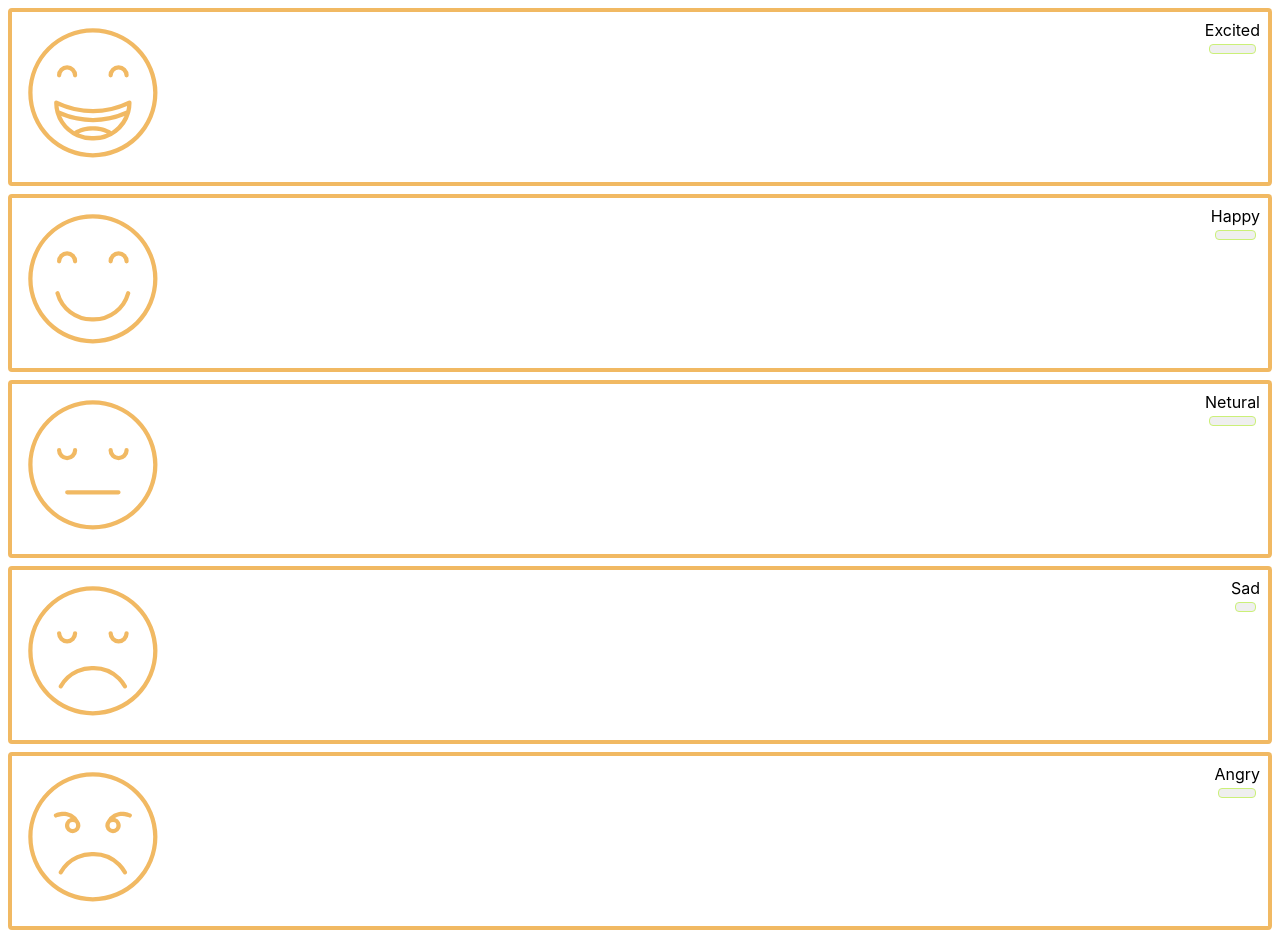
Repository: majakesin/moodify-app
Page: /
The author's editor kept a copy of each file at every save. The page is drawn from the files as they stood at one save, then again after the next save.
The browser window is 1280 px wide. The pictures show the whole page.
The project was rebuilt for these pictures with package versions that can differ from the ones it lists, and the page was loaded fresh each time.

Above is the page before, as saved 2023-08-21 12:17:20.

### public/index.html
<!DOCTYPE html>
<html lang="en">
  <head>
    <meta charset="utf-8" />
    <link rel="icon" href="%PUBLIC_URL%/logo.svg" />
    <meta name="viewport" content="width=device-width, initial-scale=1" />
    <meta name="theme-color" content="#000000" />
    <meta
      name="description"
      content="Moodify -- App that gives yours ears the best music based on your mood"
    />
    <link rel="apple-touch-icon" href="%PUBLIC_URL%/logo.svg" />
    <!--
      manifest.json provides metadata used when your web app is installed on a
      user's mobile device or desktop. See https://developers.google.com/web/fundamentals/web-app-manifest/
    -->
    <link rel="manifest" href="%PUBLIC_URL%/manifest.json" />
    <!--
      Notice the use of %PUBLIC_URL% in the tags above.
      It will be replaced with the URL of the `public` folder during the build.
      Only files inside the `public` folder can be referenced from the HTML.

      Unlike "/favicon.ico" or "favicon.ico", "%PUBLIC_URL%/favicon.ico" will
      work correctly both with client-side routing and a non-root public URL.
      Learn how to configure a non-root public URL by running `npm run build`.
    -->
    <title>Moodify</title>
  </head>
  <body>
    <noscript>You need to enable JavaScript to run this app.</noscript>
    <div id="root"></div>
    <!--
      This HTML file is a template.
      If you open it directly in the browser, you will see an empty page.

      You can add webfonts, meta tags, or analytics to this file.
      The build step will place the bundled scripts into the <body> tag.

      To begin the development, run `npm start` or `yarn start`.
      To create a production bundle, use `npm run build` or `yarn build`.
    -->
  </body>
</html>

### src/App.js
import './App.css';
import {moods}  from 'src/data/moods'
import Mood from './components/Mood';

function App() {
  return (
    <div className="App">
      {moods.map(({type,icon}) => {
        return (<Mood type={type} icon={icon} />)
      })}
    </div>
  );
}

export default App;

### src/App.css

button {
  border: 1px solid var(--first-color);
  border-radius: 4px;
  padding: 4px;
  margin: 4px;
}

### src/data/moods.js
export const moods = [
    {
        type: 'Excited',
        icon: <svg id="SvgjsSvg1081" xmlns="http://www.w3.org/2000/svg" version="1.1" xmlnsXlink="http://www.w3.org/1999/xlink" xmlnsSvgjs="http://svgjs.com/svgjs">
                <defs id="SvgjsDefs1082"></defs>
                <g id="SvgjsG1083">
                    <svg xmlns="http://www.w3.org/2000/svg" data-name="Layer 1" viewBox="0 0 1012 1012" width="288" height="288">
                        <path fill="currentcolor" d="M416.51318,95.48682A226.99992,226.99992,0,1,0,95.48682,416.51318,226.99992,226.99992,0,1,0,416.51318,95.48682ZM256,468C139.103,468,44,372.897,44,256S139.103,44,256,44s212,95.103,212,212S372.897,468,256,468ZM137.5,202a7.50006,7.50006,0,0,0,7.5-7.5,20.5,20.5,0,0,1,41,0,7.5,7.5,0,0,0,15,0,35.5,35.5,0,0,0-71,0A7.50006,7.50006,0,0,0,137.5,202Zm181,0a7.50006,7.50006,0,0,0,7.5-7.5,20.5,20.5,0,0,1,41,0,7.5,7.5,0,0,0,15,0,35.5,35.5,0,0,0-71,0A7.50006,7.50006,0,0,0,318.5,202Zm69.95947,82.13037a7.49875,7.49875,0,0,0-7.27832-.356A284.51645,284.51645,0,0,1,257.5,313h-1.48a284.55042,284.55042,0,0,1-125.2002-29.2251A7.4999,7.4999,0,0,0,120,290.5a132.31839,132.31839,0,0,0,79.15625,121.32324A131.47888,131.47888,0,0,0,252.5,423h7a132.5854,132.5854,0,0,0,127.794-97.37988A133.06894,133.06894,0,0,0,392,290.5,7.5003,7.5003,0,0,0,388.45947,284.13037ZM259.5,408h-7a116.58888,116.58888,0,0,1-46.02222-9.36157C219.72205,391.8783,237.33752,388,256.002,388c18.66236,0,36.27466,3.87708,49.51734,10.63538A116.56076,116.56076,0,0,1,259.5,408Zm83.08691-34.41309a117.56809,117.56809,0,0,1-21.38024,16.93219C305.07166,379.48517,281.17847,373,256.002,373c-25.18383,0-49.0852,6.48932-65.22168,17.52966a116.81051,116.81051,0,0,1-46.07495-53.13611,299.90773,299.90773,0,0,0,111.31323,21.61036c.5044,0,1.01612-.00147,1.52051-.00391A300.023,300.023,0,0,0,367.2478,337.40454,117.86031,117.86031,0,0,1,342.58691,373.58691ZM373.6593,318.347A284.8703,284.8703,0,0,1,257.46094,344c-.49219.00293-.97412.00391-1.46387.00391a284.90227,284.90227,0,0,1-117.65942-25.65967,117.74477,117.74477,0,0,1-2.72388-15.77832A299.64178,299.64178,0,0,0,256.02,328h1.519a299.80874,299.80874,0,0,0,118.84668-25.43555A117.6884,117.6884,0,0,1,373.6593,318.347Z" class="color2c2b2d svgShape"></path>
                    </svg>
                </g>
             </svg>
    },
    {
        type: 'Happy',
        icon: <svg id="SvgjsSvg1102" xmlns="http://www.w3.org/2000/svg" version="1.1" xmlnsXlink="http://www.w3.org/1999/xlink" xmlnsSvgjs="http://svgjs.com/svgjs">
                <defs id="SvgjsDefs1103"></defs>
                <g id="SvgjsG1104">
                    <svg xmlns="http://www.w3.org/2000/svg" data-name="Layer 1" viewBox="0 0 1012 1012" width="288" height="288">
                        <path fill="currentcolor" d="M382.042,299.40674a7.496,7.496,0,0,0-9.21582,5.251A117.42927,117.42927,0,0,1,259.5,391h-7a117.41578,117.41578,0,0,1-113.32715-86.33447,7.49971,7.49971,0,1,0-14.46484,3.96875A132.417,132.417,0,0,0,252.5,406h7a132.58733,132.58733,0,0,0,127.793-97.37744A7.4999,7.4999,0,0,0,382.042,299.40674ZM416.51367,95.48682A227.00026,227.00026,0,0,0,95.48633,416.51318,227.00026,227.00026,0,0,0,416.51367,95.48682ZM256,468C139.10254,468,44,372.897,44,256S139.10254,44,256,44s212,95.103,212,212S372.89746,468,256,468ZM137.5,202a7.49974,7.49974,0,0,0,7.5-7.5,20.5,20.5,0,0,1,41,0,7.5,7.5,0,0,0,15,0,35.5,35.5,0,0,0-71,0A7.49974,7.49974,0,0,0,137.5,202Zm181,0a7.49974,7.49974,0,0,0,7.5-7.5,20.5,20.5,0,0,1,41,0,7.5,7.5,0,0,0,15,0,35.5,35.5,0,0,0-71,0A7.49974,7.49974,0,0,0,318.5,202Z" class="color2c2b2d svgShape"></path>
                    </svg>
                </g>
            </svg> ,
    },
    {
        type: 'Netural',
        icon: <svg id="SvgjsSvg1123" xmlns="http://www.w3.org/2000/svg" version="1.1" xmlnsXlink="http://www.w3.org/1999/xlink" xmlnsSvgjs="http://svgjs.com/svgjs">
                <defs id="SvgjsDefs1124"></defs>
                <g id="SvgjsG1125">
                    <svg xmlns="http://www.w3.org/2000/svg" data-name="Layer 1" viewBox="0 0 1012 1012" width="288" height="288">
                        <path fill="currentcolor" d="M201,204.5a7.5,7.5,0,0,0-15,0,20.5,20.5,0,0,1-41,0,7.5,7.5,0,0,0-15,0,35.5,35.5,0,0,0,71,0ZM374.5,197a7.50006,7.50006,0,0,0-7.5,7.5,20.5,20.5,0,0,1-41,0,7.5,7.5,0,0,0-15,0,35.5,35.5,0,0,0,71,0A7.50006,7.50006,0,0,0,374.5,197ZM416.51318,95.48682A226.99992,226.99992,0,1,0,95.48682,416.51318,226.99992,226.99992,0,1,0,416.51318,95.48682ZM256,468C139.103,468,44,372.897,44,256S139.103,44,256,44s212,95.103,212,212S372.897,468,256,468Zm90-123H166a7.5,7.5,0,0,0,0,15H346a7.5,7.5,0,0,0,0-15Z" class="color2c2b2d svgShape"></path>
                    </svg>
                </g>
            </svg>,
    },
    {
        type: 'Sad',
        icon: <svg id="SvgjsSvg1193" xmlns="http://www.w3.org/2000/svg" version="1.1" xmlnsXlink="http://www.w3.org/1999/xlink" xmlnsSvgjs="http://svgjs.com/svgjs">
                <defs id="SvgjsDefs1194"></defs>
                <g id="SvgjsG1195">
                    <svg xmlns="http://www.w3.org/2000/svg" data-name="Layer 1" viewBox="0 0 1012 1012" width="288" height="288">
                         <path fill="currentcolor" d="M165.5,230A35.54028,35.54028,0,0,0,201,194.5a7.5,7.5,0,0,0-15,0,20.5,20.5,0,0,1-41,0,7.5,7.5,0,0,0-15,0A35.54028,35.54028,0,0,0,165.5,230Zm209-43a7.50006,7.50006,0,0,0-7.5,7.5,20.5,20.5,0,0,1-41,0,7.5,7.5,0,0,0-15,0,35.5,35.5,0,0,0,71,0A7.50006,7.50006,0,0,0,374.5,187ZM353.19336,347.94678A132.16887,132.16887,0,0,0,259.5,309.14014h-7a131.47793,131.47793,0,0,0-53.34082,11.17529,133.55143,133.55143,0,0,0-62.24854,56.51221,7.50013,7.50013,0,0,0,13.07911,7.34472,118.4576,118.4576,0,0,1,55.21435-50.1289A116.57358,116.57358,0,0,1,252.5,324.14014h7a117.16738,117.16738,0,0,1,83.08691,34.41308,117.92616,117.92616,0,0,1,19.42432,25.62061,7.5,7.5,0,0,0,13.07715-7.34766A132.92018,132.92018,0,0,0,353.19336,347.94678Zm63.31982-252.46A226.99992,226.99992,0,1,0,95.48682,416.51318,226.99992,226.99992,0,1,0,416.51318,95.48682ZM256,468C139.103,468,44,372.897,44,256S139.103,44,256,44s212,95.103,212,212S372.897,468,256,468Z" class="color2c2b2d svgShape"></path>
                    </svg>
                </g>
            </svg>,
    },
    {
        type: 'Angry',
        icon: <svg id="SvgjsSvg1217"  xmlns="http://www.w3.org/2000/svg" version="1.1" xmlnsXlink="http://www.w3.org/1999/xlink" xmlnSvgjs="http://svgjs.com/svgjs">
                <defs id="SvgjsDefs1218"></defs>
                     <g id="SvgjsG1219">
                        <svg xmlns="http://www.w3.org/2000/svg" data-name="Layer 1" viewBox="0 0 1012 1012" width="288" height="288">
                            <path fill="currentcolor" d="M353.19336,347.94629A132.1737,132.1737,0,0,0,259.5,309.13965h-7a131.5101,131.5101,0,0,0-53.3418,11.17578,133.55212,133.55212,0,0,0-62.24707,56.51172,7.49995,7.49995,0,0,0,13.07813,7.3457A118.46814,118.46814,0,0,1,205.20313,334.043,116.60013,116.60013,0,0,1,252.5,324.13965h7a117.16506,117.16506,0,0,1,83.08691,34.41406,117.92838,117.92838,0,0,1,19.42481,25.62012,7.49957,7.49957,0,1,0,13.07617-7.34766A132.91978,132.91978,0,0,0,353.19336,347.94629ZM416.51367,95.48682A227.00044,227.00044,0,0,0,95.48633,416.51367,227.00044,227.00044,0,0,0,416.51367,95.48682ZM256,468C139.10254,468,44,372.89746,44,256,44,139.103,139.10254,44,256,44s212,95.103,212,212C468,372.89746,372.89746,468,256,468ZM175.12207,188.29736c.96533.53955,1.88086,1.10938,2.769,1.69336a27.02454,27.02454,0,1,0,28.58863,9.52246,62.7776,62.7776,0,0,0-24.04029-24.31005c-27.82519-15.55176-56.1748-2.73292-59.31445-1.21973a7.49994,7.49994,0,1,0,6.50977,13.51367C132.05762,186.33057,153.91113,176.44189,175.12207,188.29736ZM185.12012,204a12,12,0,1,1-12,12A12.01344,12.01344,0,0,1,185.12012,204ZM388.875,173.9834c-3.1416-1.51367-31.49121-14.33447-59.31348,1.21924a62.778,62.778,0,0,0-24.04126,24.31054,26.989,26.989,0,1,0,28.58887-9.52234c.88843-.58435,1.804-1.15429,2.76978-1.694,21.21191-11.85743,43.06347-1.96631,45.48632-.79981A7.49994,7.49994,0,1,0,388.875,173.9834ZM338.87988,216a12,12,0,1,1-12-12A12.01343,12.01343,0,0,1,338.87988,216Z" class="color2c2b2d svgShape"></path>
                        </svg>
                    </g>
            </svg>
    }
]

### src/components/Mood/index.jsx
import styles from './index.module.css';

const Mood = (props) => {

    const { type, icon } = props;

    return (
        <div className={styles.card}>
            <div className={styles.icon}>
                {icon}
            </div>
            <div className={styles.content}>
               <span className={styles.title}> {type} </span>
             <button></button>
            </div>
        </div>
    )
};

export default Mood;

### src/components/Mood/index.module.css

@import '../../styles/variables.css';

.card {
    border: 4px solid var(--third-color);
    border-radius: 4px;
    margin: 8px;
    padding: 8px;
    display: flex;
    justify-content: space-between;
}

.icon {
    color: var(--third-color);
}

.content {
    display: flex;
    flex-direction: column;

}

### src/styles/variables.css
:root,
    :root.rainbow {
        --first-color: #cbf078;
        --second-color: #f8f398;
        --third-color: #f1b963;
        --fourth-color: #e46161;
    }
    :root.blue {
        --first-color: #5585b5;
        --second-color: #53a8b6;
        --third-color: #79c2d0;
        --fourth-color: #bbe4e9;
    }
    :root.pink {
        --first-color: #45171d;
        --second-color: #e84a5f;
        --third-color: #ff847c;
        --fourth-color: #fecea8;

    }

Loaded but not shown: src/index.js (common file); src/index.css (common file); src/reportWebVitals.js (common file)

After the next save:
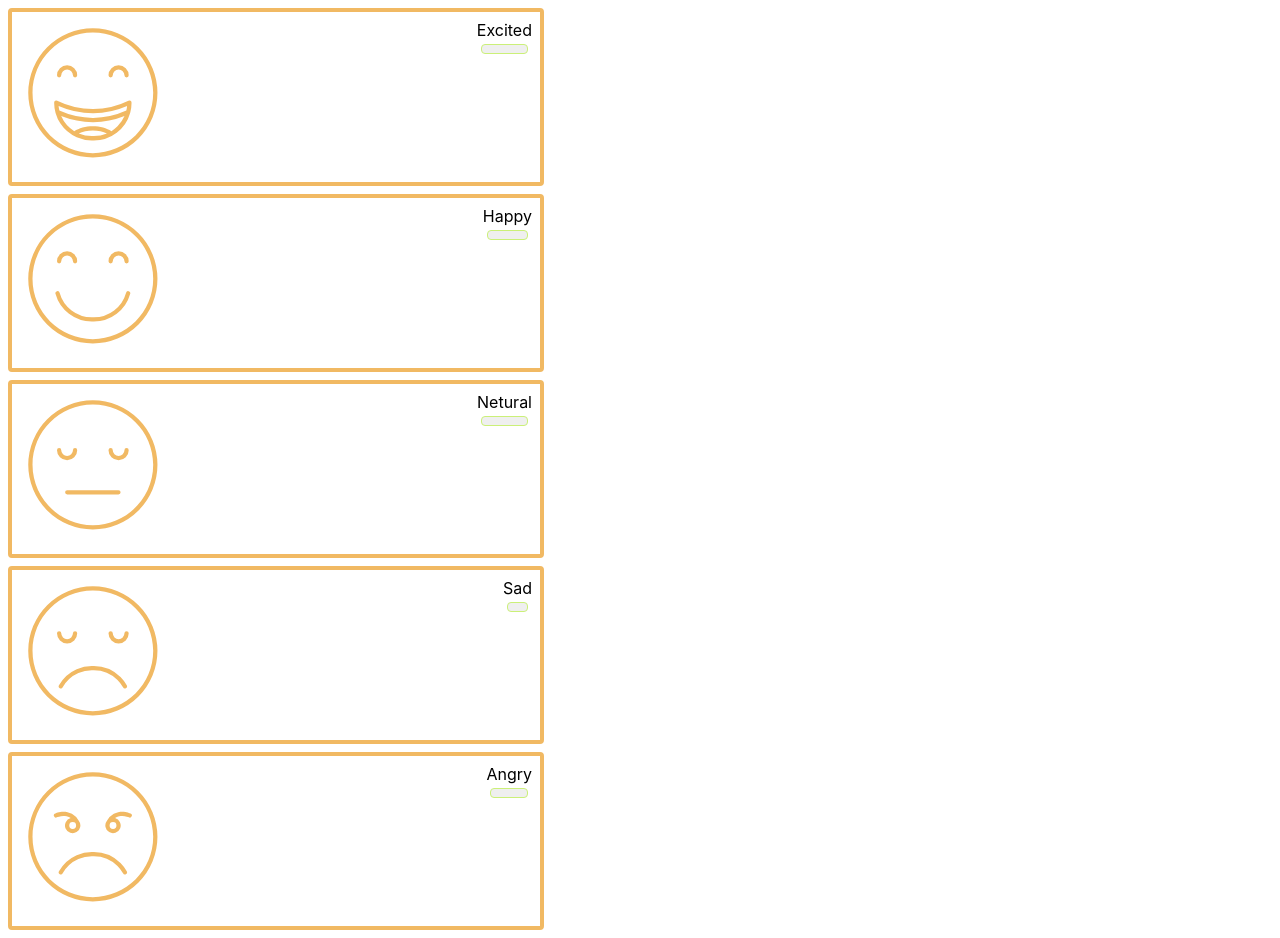
Saved 2 min 51 s later.
--- a/src/components/Mood/index.module.css
+++ b/src/components/Mood/index.module.css
@@ -8,6 +8,7 @@
     padding: 8px;
     display: flex;
     justify-content: space-between;
+    width: 40vw;
 }
 
 .icon {
